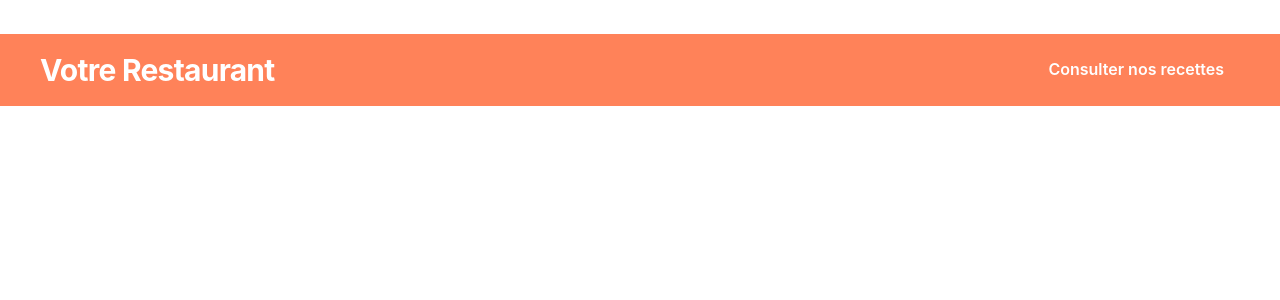
Repository: Ecaron76/tp-restau-next
Page: /
The author's editor kept a copy of each file at every save. The page is drawn from the files as they stood at one save, then again after the next save.
The browser window is 1280 px wide. The pictures show the whole page.
The project was rebuilt for these pictures with package versions that can differ from the ones it lists, and the page was loaded fresh each time. The framework's server and built-in components were replaced by stand-ins that run in the browser. Also part of the build but not shown: next.config.mjs.

Above is the page before, as saved 2024-02-25 18:00:07.

### src/app/layout.tsx
'use client'



import { ChakraProvider, extendTheme  } from '@chakra-ui/react'
import Header from "@/components/Header/Header";
const theme = extendTheme({
  colors: {
    brand: {
      50: '#ffeee6',
      100: '#ffc7b7',
      200: '#ffa788',
      300: '#ff8259',
      400: '#ff5b29',
      500: '#ff3300',
      600: '#cc2900',
      700: '#991f00',
      800: '#661600',
      900: '#330c00',
    },
  },
});



export function Providers({ children }: { children: React.ReactNode }) {
  return <ChakraProvider theme={theme}>{children}</ChakraProvider>
}

export default function RootLayout({
  children,
}: Readonly<{
  children: React.ReactNode;
}>) {
  return (
    <html lang="en">
      <body>
        <Header/>
        <Providers>{children}</Providers>
      </body>
    </html>
  );
}

### src/app/page.tsx
import Image from "next/image";
import styles from "./page.module.css";
import Header from "@/components/Header/Header";

export default function Home() {
  return (
    <main >
      <Header/>
    </main>
  );
}

### src/components/Header/Header.tsx
import { Box, Flex, Heading, Spacer, Button } from '@chakra-ui/react';
import NextLink from 'next/link'; // Pour gérer la navigation entre les pages

const Header = () => {
  return (
    <Box bg="brand.300" p={4} color="white">
      <Flex alignItems="center" maxW="1200px" mx="auto">
        {/* Logo ou Nom du restaurant */}
        <Heading as="h1" size="lg" letterSpacing="tight">
          <NextLink href="/" passHref>

              Votre Restaurant

          </NextLink>
        </Heading>

        <Spacer />

        {/* Liens de navigation */}
        <Box>
          <NextLink href="/recettes" passHref>
            <Button  variant="ghost" color={'white'}>
              Consulter nos recettes
            </Button>
          </NextLink>
        </Box>
      </Flex>
    </Box>
  );
};

export default Header;

After the next save:
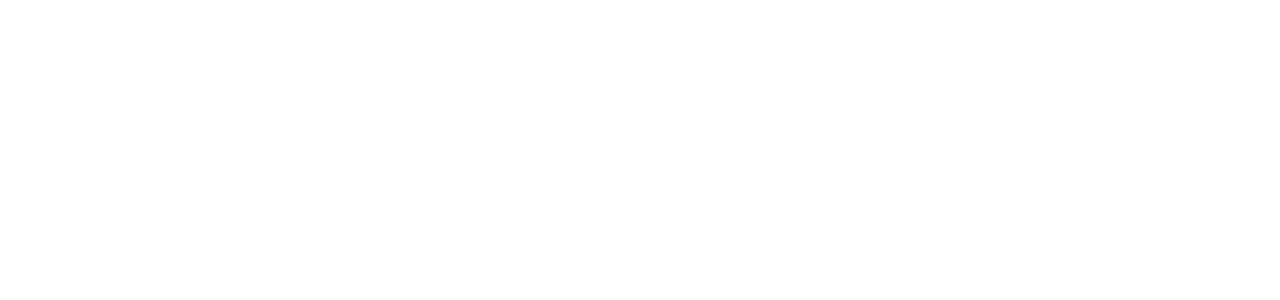
Saved 4 s later.
--- a/src/app/page.tsx
+++ b/src/app/page.tsx
@@ -1,11 +1,11 @@
 import Image from "next/image";
-import styles from "./page.module.css";
+
 import Header from "@/components/Header/Header";
 
 export default function Home() {
   return (
     <main >
-      <Header/>
+
     </main>
   );
 }

After the save that followed:
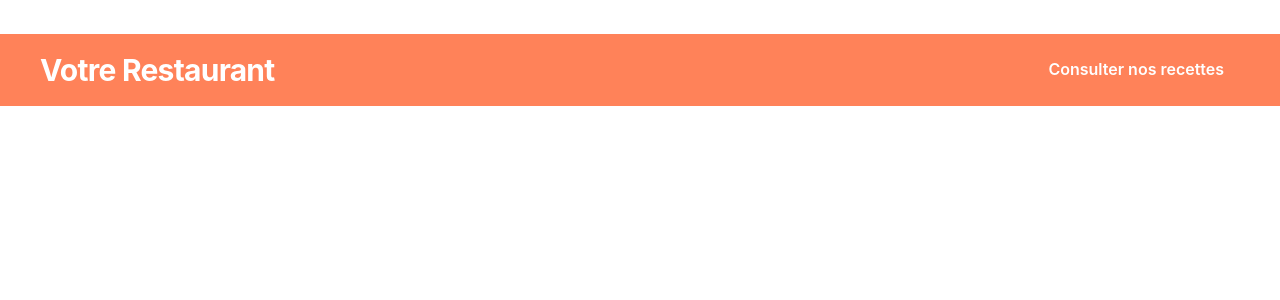
Saved 21 s later.
--- a/src/app/page.tsx
+++ b/src/app/page.tsx
@@ -5,7 +5,7 @@
 export default function Home() {
   return (
     <main >
-
+      <Header/>
     </main>
   );
 }
